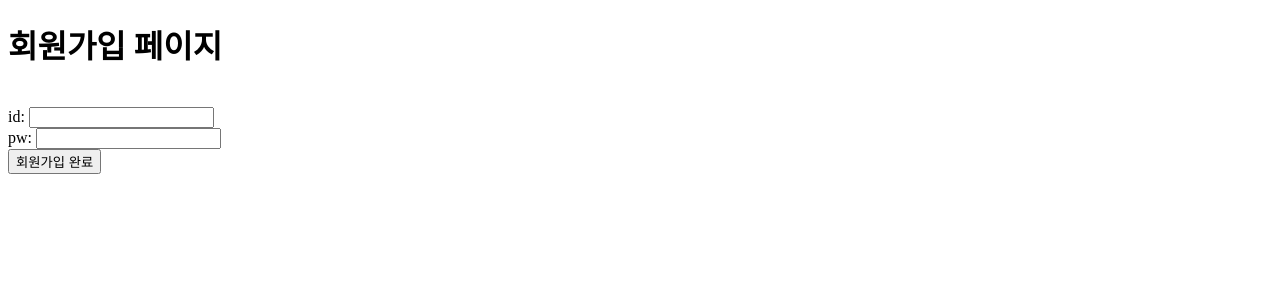
Repository: dfhdfhdfsza/myjsp
Page: http://localhost/_myjsp/mem/register
An editor plug-in stored every save of this project. The page is shown before and after the next save, followed by the edit.
The browser window is 1280 px wide. The pictures show the whole page.
The page is served by Tomcat 9.

Above is the page before, as saved 2023-09-21 11:12:45.

After the next save:
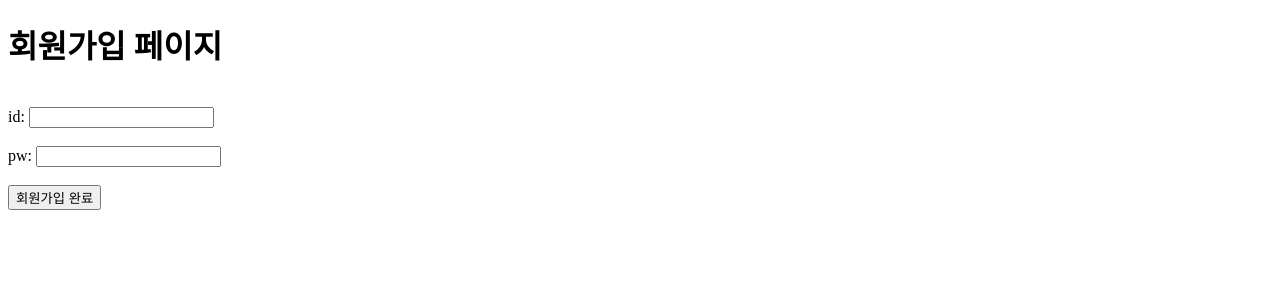
Saved 9 s later.
--- a/_myjsp/src/main/webapp/member/register.jsp
+++ b/_myjsp/src/main/webapp/member/register.jsp
@@ -9,8 +9,8 @@
 <body>
 	<h1>회원가입 페이지</h1> <br>
 	<form action="/mem/join">
-		id: <input type="text" name="id"> <br>
-		pw: <input type="text" name="pw"> <br>
+		id: <input type="text" name="id"> <br> <br>
+		pw: <input type="text" name="pw"> <br> <br>
 		<button type="submit">회원가입 완료</button>
 	</form>
 
